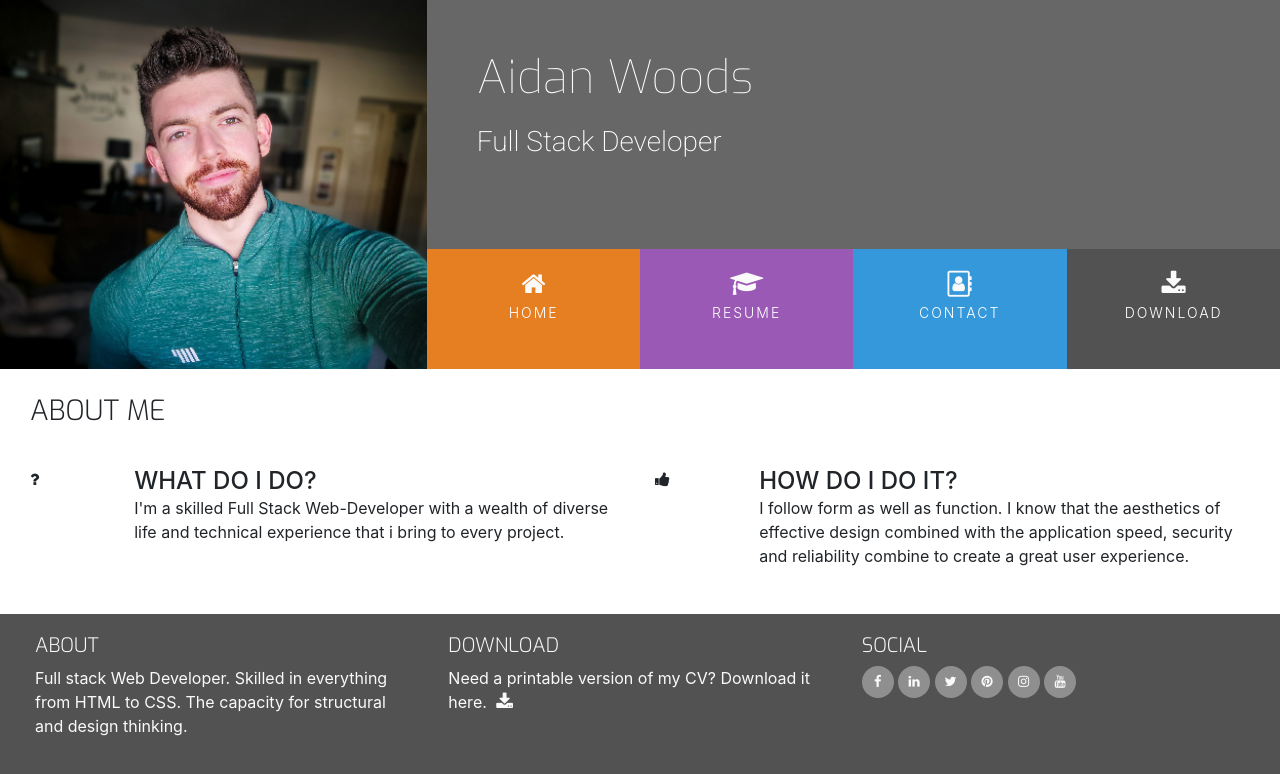
Repository: woodsyboi/Resume
Page: index.html
The author's editor kept a record of every edit. The page is drawn from the files as they stood at one moment, then again after the next edit.
The browser window is 1280 px wide. The pictures show the whole page.

Above is the page before.

### index.html
<!DOCTYPE html>
<html lang="en">

<head>
    <meta charset="UTF-8">
    <meta name="viewport" content="width=device-width, initial-scale=1.0">
    <meta http-equiv="X-UA-Compatible" content="ie=edge">
    <link rel="stylesheet" href="https://stackpath.bootstrapcdn.com/bootstrap/4.3.1/css/bootstrap.min.css" type="text/css" />
    <link rel="stylesheet" href="https://stackpath.bootstrapcdn.com/font-awesome/4.7.0/css/font-awesome.min.css" type="text/css" />
    <link rel="stylesheet" href="https://cdnjs.cloudflare.com/ajax/libs/hover.css/2.3.1/css/hover-min.css
" type="text/css" />
    <link rel="stylesheet" href="assets/css/style.css" type="text/css" />
    <title>Aidan</title>
</head>

<body>
    <header>
        <div class="row no-gutters">
            <a href="index.html" class="col-md-4 logo">

            </a>
            <div class="col-md-8">
                <div class="row no-gutters bg-color-name-title">
                    <div class="col heading">
                        <h1 class="name">Aidan Woods</h1>
                        <h2 class="title">Full Stack Developer</h2>
                    </div>

                </div>
                <div class="row no-gutters">
                    <div class="col">
                        <ul id="nav" class="list-inline menucontainer">
                            <li class="col-6 col-sm-3 ui-menu-color-home list-inline-item menuitem">
                                <a href="#" class="hvr-sweep-to-bottom"><i class="fa fa-home"></i><span>Home</span></a>
                            </li>
                            <li class="col-6 col-sm-3 ui-menu-color-resume list-inline-item menuitem">
                                <a href="#" class="hvr-sweep-to-bottom"><i class="fa fa-graduation-cap"></i><span>Resume</span></a>
                            </li>
                            <li class="col-6 col-sm-3 ui-menu-color-contact list-inline-item menuitem">
                                <a href="#" class="hvr-sweep-to-bottom"><i class="fa fa-address-book-o"></i><span>Contact</span></a>
                            </li>
                            <li class="col-6 col-sm-3 ui-menu-color-download list-inline-item menuitem">
                                <a href="#" class="hvr-sweep-to-bottom"><i class="fa fa-download"></i><span>Download</span></a>
                            </li>
                        </ul>
                    </div>
                </div>

            </div>
        </div>
    </header>

    <section class="container-fluid">

        <div class="row row-table">
            <div class="col-md-8 bg-color-three-reasons section-column">
                <div class="row">
                    <div class="col">
                        <h3 class="section-heading uppercase">About Me</h3>
                    </div>
                </div>
                <div class="row">
                    <div class="col-10 offset-1 offset-sm-0 col-sm-4 col-md-6">
                        <div class="row">
                            <div class="col-2">
                                <i class="three-reasons-icon fa fa-question" aria-hidden="true"></i>
                            </div>
                            <div class="col-10">
                                <h4 class="three-reasons-heading uppercase"> What do I do?</h4>
                                <p>
                                    I'm a skilled Full Stack Web-Developer with a wealth of diverse life and technical experience that i bring to every project.
                                </p>
                            </div>
                        </div>
                    </div>
                    <div class="col-10 offset-1 offset-sm-0 col-sm-4 col-md-6">
                        <div class="row">
                            <div class="col-2">
                                <i class="three-reasons-icon fa fa-thumbs-up" aria-hidden="true"></i>
                            </div>
                            <div class="col-10">
                                <h4 class="three-reasons-heading uppercase"> How Do I Do It?</h4>
                                <p>
                                    I follow form as well as function. I know that the aesthetics of effective design combined with the application speed, security and reliability combine to create a great user experience.

                                </p>
                            </div>
                        </div>
                    </div>

                </div>
            </div>
        </div>

    </section>


    <footer class="container-fluid">
        <div id="footer-details" class="row">
            <div class="col-sm-4">
                <h5 class="uppercase general-sub">About</h5>
                <p class="inline-block">
                    Full stack Web Developer. Skilled in everything from HTML to CSS. The capacity for structural and design thinking.</p>

            </div>
            <div class="col-sm-4">
                <h5 class="uppercase general-sub">Download</h5>
                <p class="inline-block">
                    Need a printable version of my CV? Download it here.
                    <a href="#" target="_blank" class="cv-pdf">
                        <i class="fa fa-download" aria-hidden="true"></i>
                        <span class="sr-only"> Download Link.</span>
                    </a>
                </p>

            </div>
            <div class="col-sm-4">
                <h5 class="uppercase general-sub">Social</h5>
                <ul class="list-inline social-links">
                    <li class="list-inline-item">
                        <a target="_blank" href="#">
                            <i class="fa fa-facebook" aria-hidden="true"></i>
                            <span class="sr-only">Facebook</span>
                        </a>
                    </li>
                    <li class="list-inline-item">
                        <a target="_blank" href="#">
                            <i class="fa fa-linkedin" aria-hidden="true"></i>
                            <span class="sr-only">LinkedIn</span>
                        </a>
                    </li>
                    <li class="list-inline-item">
                        <a target="_blank" href="#">
                            <i class="fa fa-twitter" aria-hidden="true"></i>
                            <span class="sr-only">Twitter</span>
                        </a>
                    </li>
                    <li class="list-inline-item">
                        <a target="_blank" href="#">
                            <i class="fa fa-pinterest" aria-hidden="true"></i>
                            <span class="sr-only">Pinterest</span>
                        </a>
                    </li>
                    <li class="list-inline-item">
                        <a target="_blank" href="#">
                            <i class="fa fa-instagram" aria-hidden="true"></i>
                            <span class="sr-only">Instagram</span>
                        </a>
                    </li>
                    <li class="list-inline-item">
                        <a target="_blank" href="#">
                            <i class="fa fa-youtube" aria-hidden="true"></i>
                            <span class="sr-only">YouTube</span>
                        </a>
                    </li>
                </ul>

            </div>
        </div>
    </footer>

</body>

</html>

### assets/css/style.css
@import url('https://fonts.googleapis.com/css?family=Roboto:100,200,300,400,500,600,700|Exo:100,200,300,400,500,600,700');


/*------------------------------Colors--------*/

.bg-color-name-title {
    background-color: #676767;
}


.bg-color-three-reasons {
    background-color:#fff;
}


.ui-menu-color-home {
    background-color: #e67e22;

}

.ui-menu-color-resume {
    background-color: #9b59b6;

}

.ui-menu-color-contact {
    background-color: #3498db;

}

.ui-menu-color-download {
    background-color: #525252;

}


/*----------------------------special paddings/margins/text*/

h1,
h2,
h3,
h4 {
    margin: 0;
}

.uppercase {
    text-transform: uppercase;
}

.general-sub {
    font-family: "Exo", sans-serif;
    font-weight: 300;
    color: #fafafa;
}

.inline-block{
    display: inline-block;
}

.row-table {
    display:table;
}

.section-column {
    display:table-cell;
    padding:0 30px 30px;
    float:none;
}

.section-heading{
    font-family: "Exo", sans-serif;
    font-weight: 300;
    margin-top: 25px;
    margin-bottom:40px;
}
/*-------------------------------Heading--------*/

header {

    margin: 0;

}

.heading {
    margin-left: 50px;

}

.logo {
    background: url("../images/my_face.jpg");
    background-position: center;
    background-repeat: no-repeat;
    background-size: cover;
    min-height: 360px;
    transition: all .5s ease-in-out;
    -moz-transition: all .5s ease-in-out;
    -webkit-transition: all .5s ease-in-out;
}

.name {
    font-family: "Exo", sans-serif;
    font-weight: 100;
    font-size: 46px;
    margin-top: 50px;
    color: #fff;

}

.title {
    font-family: "Roboto", sans-serif;
    font-weight: 200;
    font-size: 28px;
    margin-top: 20px;
    margin-bottom: 90px;
    color: #fff;

}

.list-inline-item:not(:last-child) {
    margin: 0;
}

.menucontainer {
    font-size: 0;
}

#nav {
    margin: 0;
}

#nav li {
    font-size: 14px;
    padding: 0;
}


.menuitem {
    height: 120px;
    text-align: center;
    padding: 0;

}

.menuitem a {
    width: 100%;
    text-decoration: none;
    color: #fff;
    height: 120px;

}

.menuitem a i {
    padding-top: 22px;
    display: block;
    color: #fafafa;
    font-size: 26px;


}

.menuitem span {
    display: block;
    width: 100%;
    padding-top: 5px;
    text-align: center;
    text-transform: uppercase;
    font-size: 14px;
    font-weight: 300;
    letter-spacing: 2px;

}



/*----------------------------hover*/

.hvr-sweep-to-bottom:before {
    background-color: rgba(0, 0, 0, 0.2);
    height: 120px;

}


/*-------------------------------footer--------*/

footer{
    background-color: #525252;
    color:#fafafa;
    min-height: 120px;
}


.cv-pdf i{
   font-size: 18px;
   color: #fafafa;
   text-align: center;
   padding-left: 5px;
   transition: all 0.35s ease-in-out;
   -moz-transition: all 0.35s ease-in-out;
   -webkit-transition: all 0.35s ease-in-out;
   -o-transition: all 0.35s ease-in-out;

}

.cv-pdf i:hover {
    color:#e84710;
}

.social-links{
    padding-bottom: 15px;
}

.social-links li a i {
    width:32px;
    height:32px;
    padding:12px 0;
    border-radius:50%;
    font-size: 13px;
    line-height: 7px;
    text-align:center;
    color:#fafafa;
    background:#8f8f8f;
    transition: all 0.35s ease-in-out;
   -moz-transition: all 0.35s ease-in-out;
   -webkit-transition: all 0.35s ease-in-out;
   -o-transition: all 0.35s ease-in-out;

}

.social-links li a i:hover {
    background:#e84710;
}

#footer-details {
    padding:20px;
}

After the next edit:
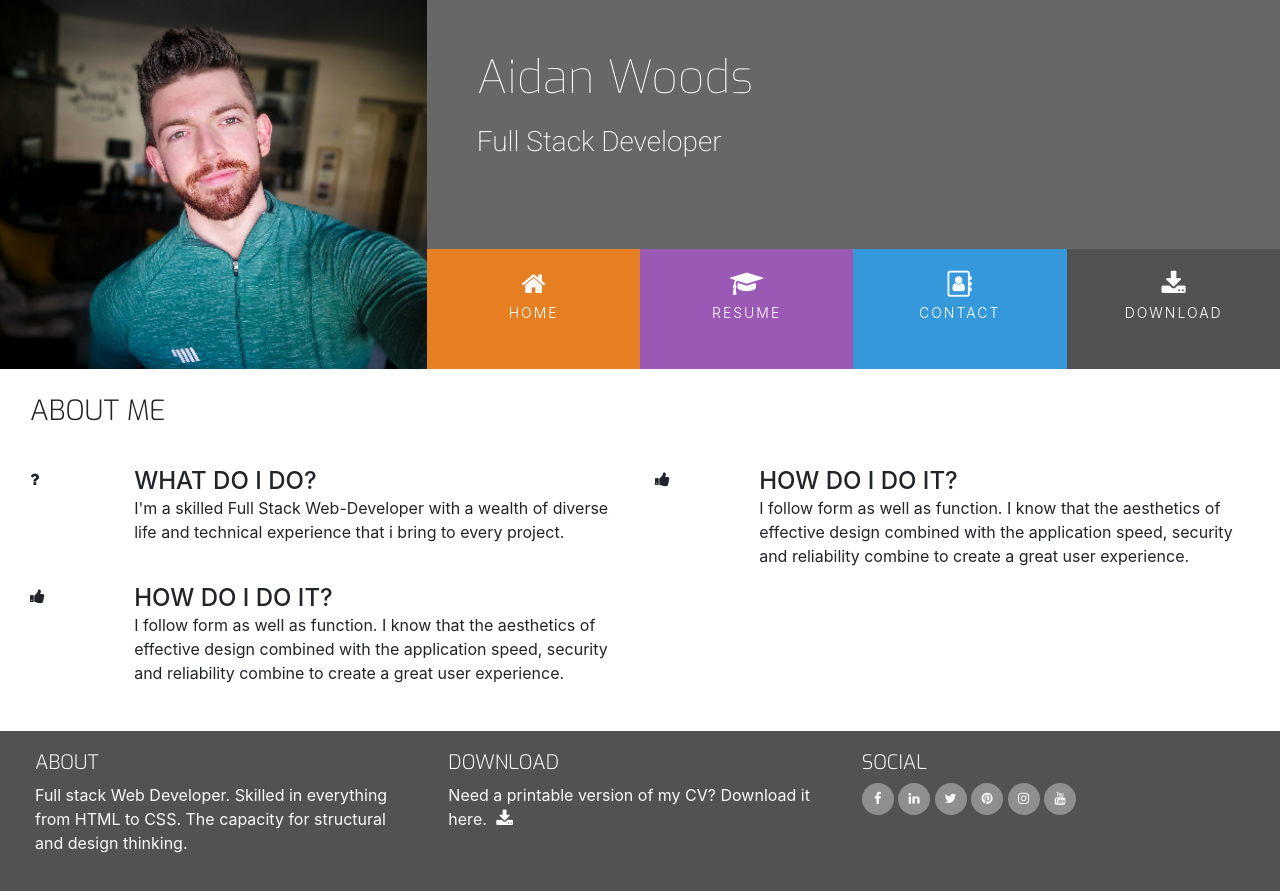
The edit:
--- a/index.html
+++ b/index.html
@@ -87,6 +87,21 @@
                             </div>
                         </div>
                     </div>
+                    <div class="col-10 offset-1 offset-sm-0 col-sm-4 col-md-6">
+                        <div class="row">
+                            <div class="col-2">
+                                <i class="three-reasons-icon fa fa-thumbs-up" aria-hidden="true"></i>
+                            </div>
+                            <div class="col-10">
+                                <h4 class="three-reasons-heading uppercase"> How Do I Do It?</h4>
+                                <p>
+                                    I follow form as well as function. I know that the aesthetics of effective design combined with the application speed, security and reliability combine to create a great user experience.
+
+                                </p>
+                            </div>
+                        </div>
+                    </div>
+
 
                 </div>
             </div>
